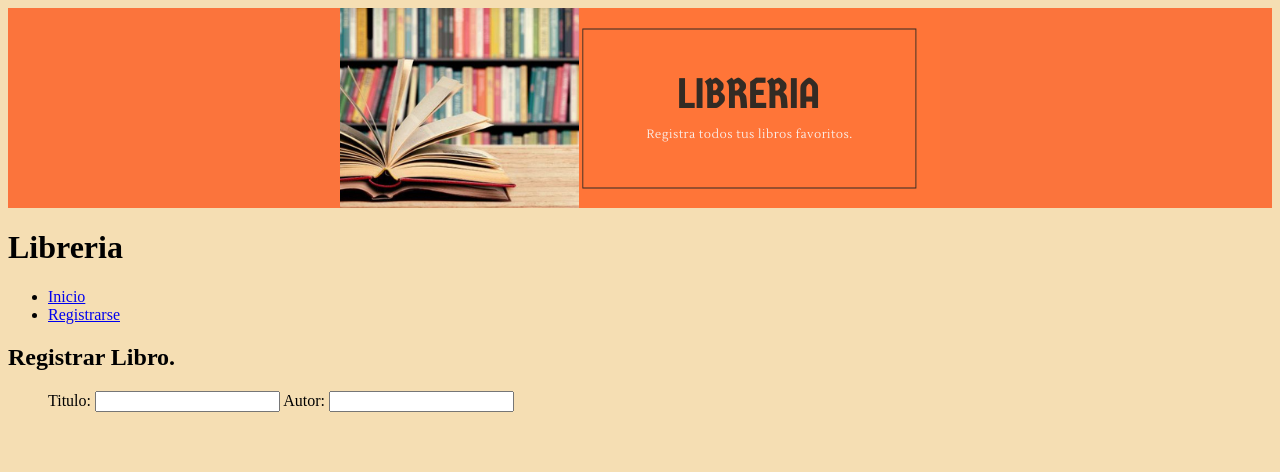
Repository: frnalonso/libreria
Page: src/main/resources/templates/registro.html
The author's editor kept a copy of each file at every save. The page is drawn from the files as they stood at one save, then again after the next save.
The browser window is 1280 px wide. The pictures show the whole page.

Above is the page before, as saved 2021-10-31 02:35:58.

After the next save:
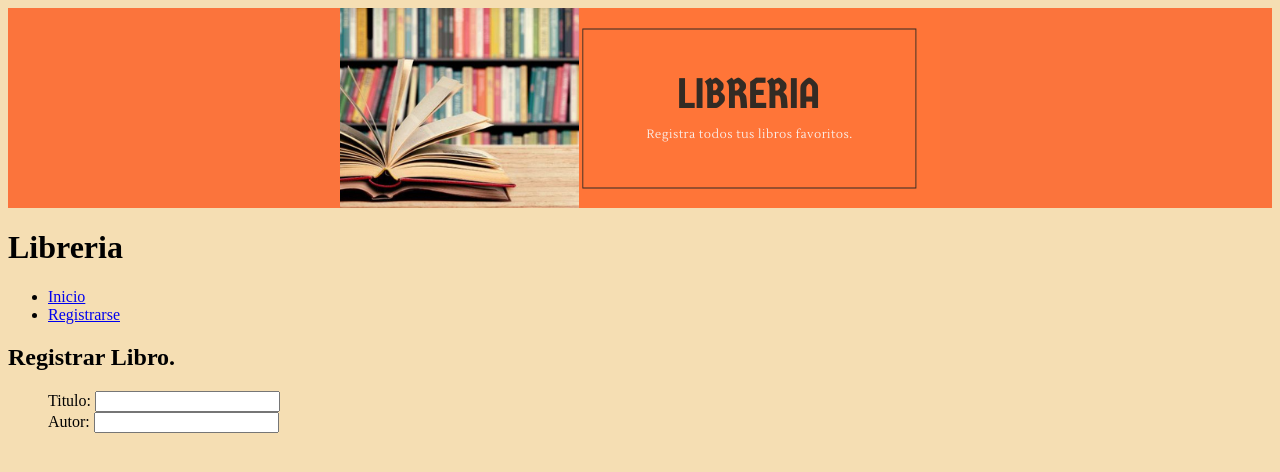
Saved 6 s later.
--- a/src/main/resources/templates/registro.html
+++ b/src/main/resources/templates/registro.html
@@ -37,7 +37,7 @@
                 <form action="">
                     <ul>
                         <label for="">Titulo: </label>
-                        <input type="text">
+                        <input type="text"><br>
                         <label for="">Autor: </label>
                         <input type="text">
                     </ul>
